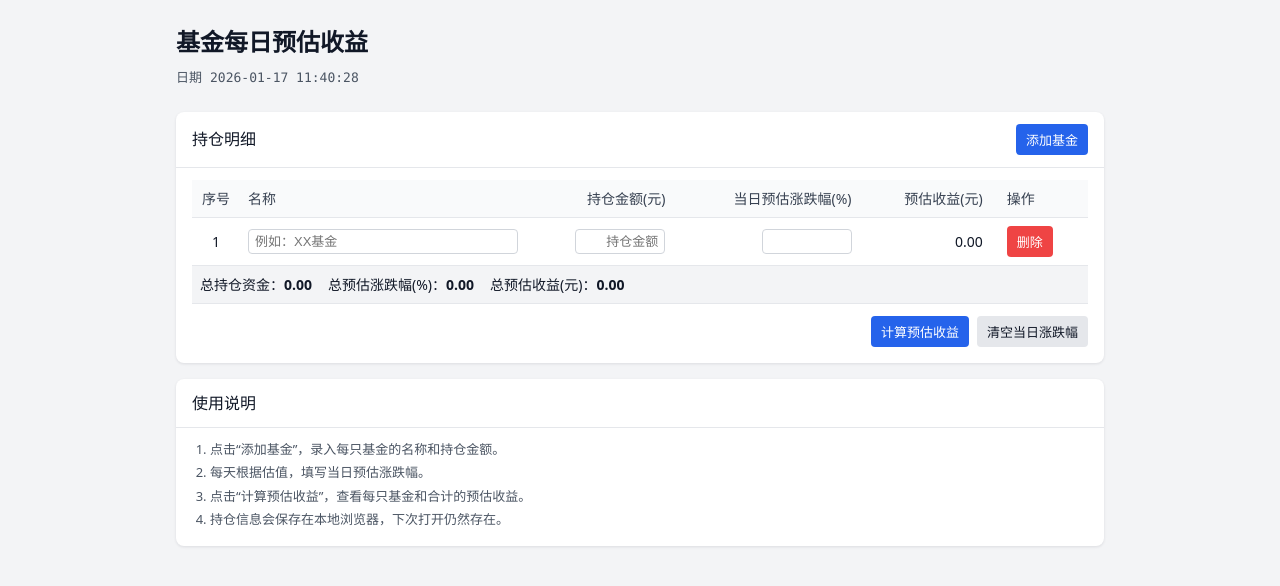
Repository: zt-boom/finance
Page: index.html
The author's editor kept a copy of each file at every save. The page is drawn from the files as they stood at one save, then again after the next save.
The browser window is 1280 px wide. The pictures show the whole page.

Above is the page before, as saved 2026-01-17 13:23:09.

After the next save:
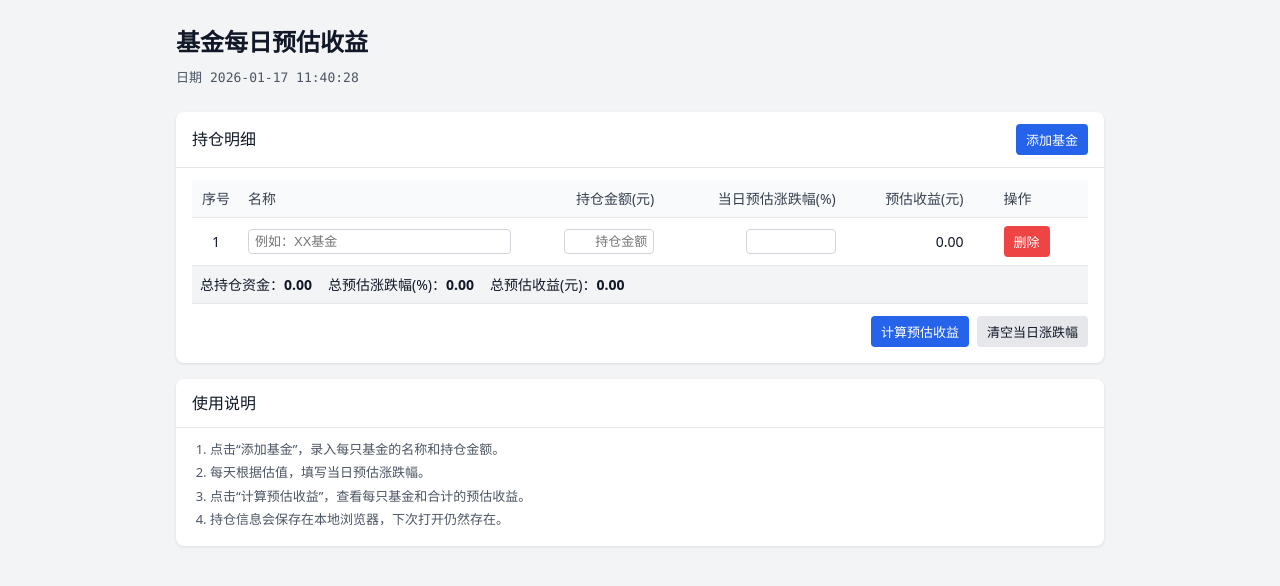
Saved 2 min 5 s later.
--- a/style.css
+++ b/style.css
@@ -139,7 +139,7 @@ text-align: left;
 
 .fund-table th:nth-child(6),
 .fund-table td:nth-child(6) {
-padding-left: 16px;
+padding-left: 32px;
 }
 
 .fund-table input[type="number"]::-webkit-outer-spin-button,
